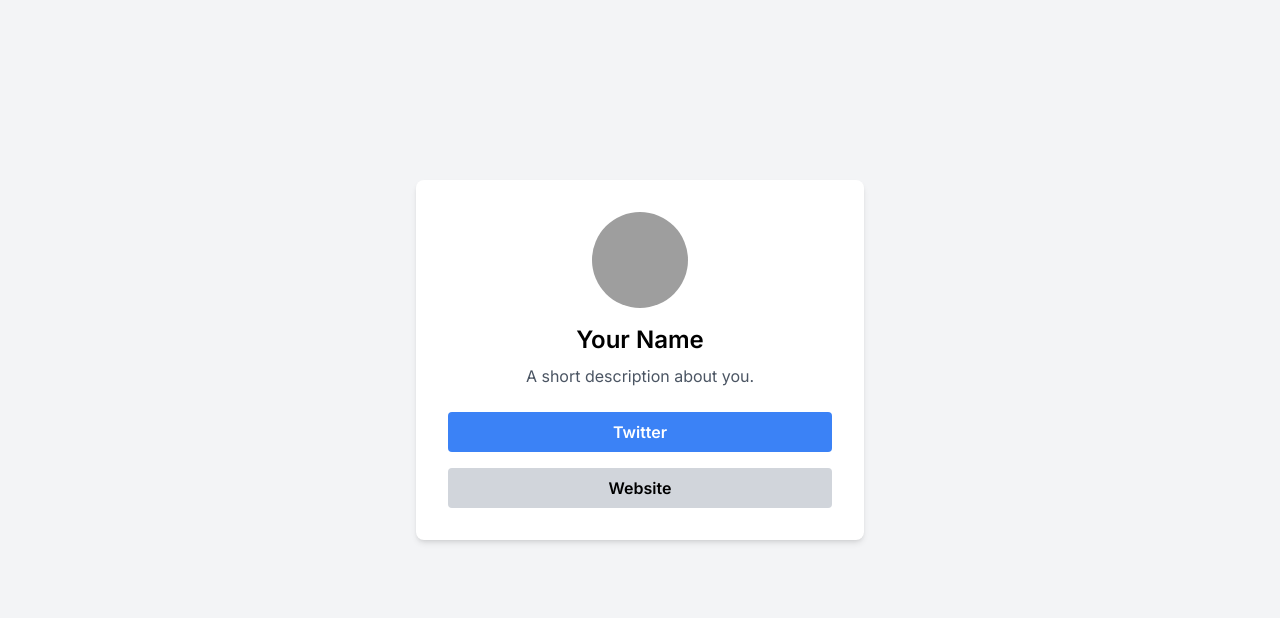
Repository: buzzedison/edisonlink
Page: /
These files come from the project's save history. The page is drawn as it stood at one moment and after the next save; the edit follows.
The browser window is 1280 px wide. The pictures show the whole page.
Pictures or frames that could not be fetched are drawn as grey boxes. The project was rebuilt for these pictures with package versions that can differ from the ones it lists, and the page was loaded fresh each time. The framework's server and built-in components were replaced by stand-ins that run in the browser. Also part of the build but not shown: next.config.js.

Above is the page before, as saved 2023-07-07 17:34:27.

### app/page.js


export default function Home() {
  return (
    <>
     <div className="min-h-screen bg-gray-100 flex items-center justify-center">
        <div className="bg-white p-8 rounded-lg shadow-md w-full max-w-md">
          <div className="flex flex-col items-center mb-6">
            <img
              className="w-24 h-24 rounded-full object-cover"
              src="/your-photo.jpg"
              alt="Your Name"
            />
            <h1 className="mt-4 text-2xl font-semibold">Your Name</h1>
            <p className="text-gray-600 text-center mt-2">
              A short description about you.
            </p>
          </div>

          <ul className="space-y-4">
            {/* Add your links below */}
            <li>
              <a
                href="https://twitter.com/your-username"
                target="_blank"
                rel="noopener noreferrer"
                className="block w-full text-center py-2 px-4 rounded bg-blue-500 hover:bg-blue-600 text-white font-semibold"
              >
                Twitter
              </a>
            </li>
            <li>
              <a
                href="https://yourwebsite.com"
                target="_blank"
                rel="noopener noreferrer"
                className="block w-full text-center py-2 px-4 rounded bg-gray-300 hover:bg-gray-400 text-black font-semibold"
              >
                Website
              </a>
            </li>

          </ul>
        </div>
        </div>
    </>
  )
}

Loaded but not shown: app/layout.js (common file); app/globals.css (common file); tailwind.config.js (common file)

After the next save:
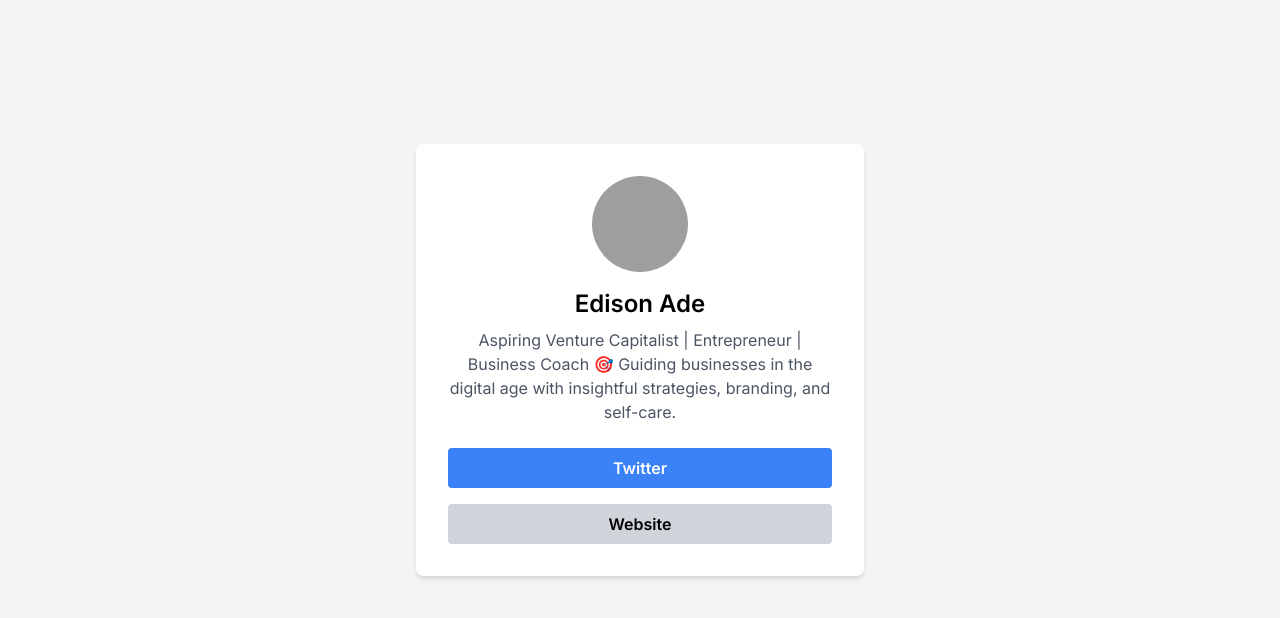
Saved 75 s later.
--- a/app/page.js
+++ b/app/page.js
@@ -11,9 +11,9 @@
               src="/your-photo.jpg"
               alt="Your Name"
             />
-            <h1 className="mt-4 text-2xl font-semibold">Your Name</h1>
+            <h1 className="mt-4 text-2xl font-semibold">Edison Ade</h1>
             <p className="text-gray-600 text-center mt-2">
-              A short description about you.
+            Aspiring Venture Capitalist | Entrepreneur | Business Coach 🎯 Guiding businesses in the digital age with insightful strategies, branding, and self-care.
             </p>
           </div>
 
